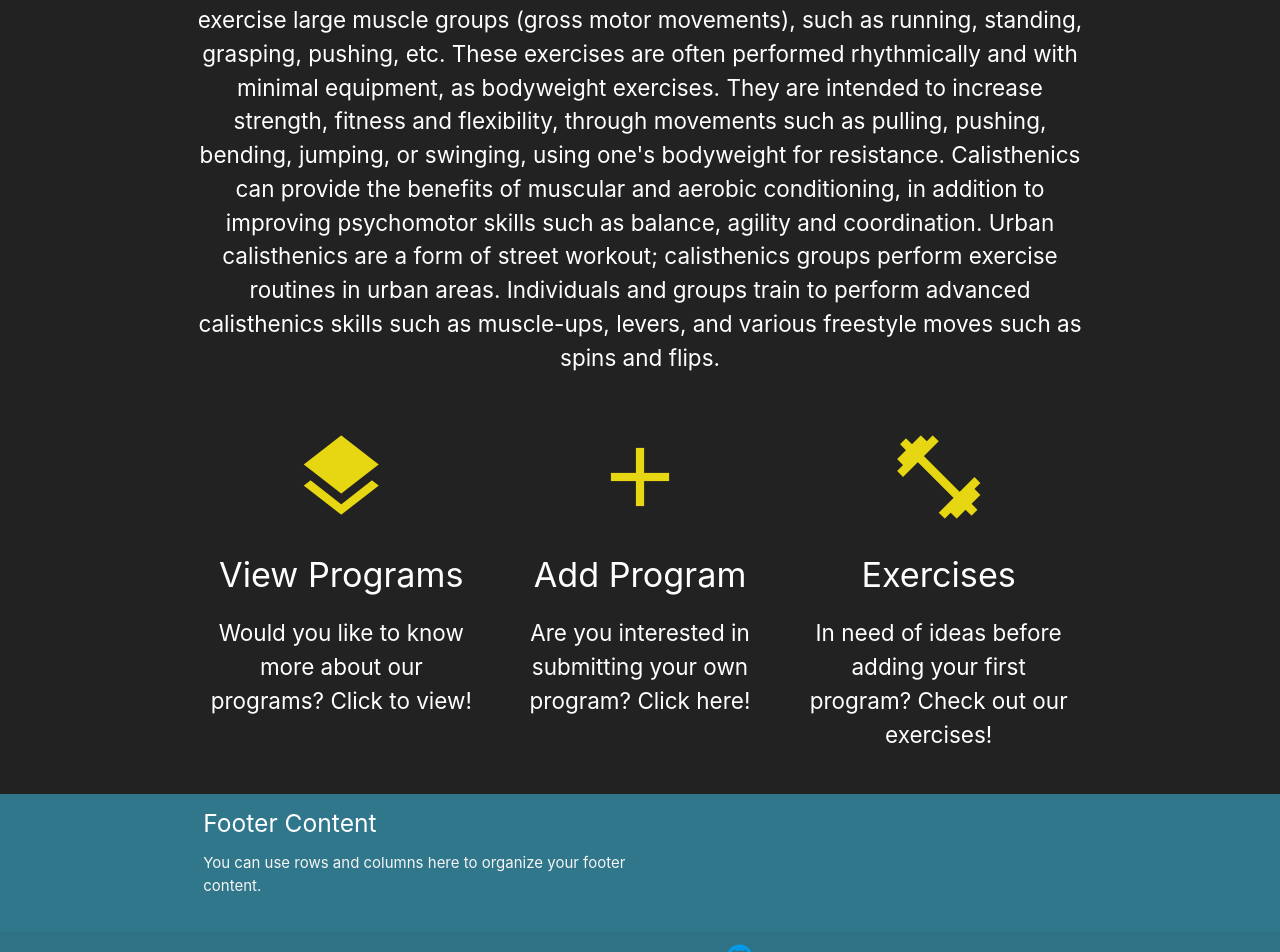
Repository: Ario124/calisthenics-project
Page: http://localhost/
The author's editor kept a record of every edit. The page is drawn from the files as they stood at one moment, then again after the next edit.
The browser window is 1280 px wide. The pictures show the part of the page from y = 951 to 1903 px (the page is 1936 px tall).
The page is served by the project's application, run on Flask 3 (app.py).

Above is the page before.

### templates/index.html
{% extends 'base.html' %}
{% block content %}

     <div class="video-container">
        <iframe src="///www.youtube.com/embed/FHBtLAvNGo4?start=14&end=103&controls=0&showinfo=0&rel=0&autoplay=1&loop=1&playlist=FHBtLAvNGo4&mute=1" frameborder="0" allowfullscreen></iframe>
      </div>


        <div class="container">
            <div class="col s12 center">
                <h1 class="center">What is Calisthenics?</h1>

                <p class="flow-text">
                    Calisthenics is a form of exercise consisting of a variety of movements which exercise large muscle groups (gross motor movements), such as running, standing, grasping, pushing,
                    etc. These exercises are often performed rhythmically and with minimal equipment,
                    as bodyweight exercises.<span class="hide-on-small-only"> They are intended to increase strength, fitness and flexibility, through
                                    movements such as pulling, pushing, bending, jumping, or swinging, using one's bodyweight for resistance. Calisthenics can provide
                                    the benefits of muscular and aerobic conditioning, in addition to improving psychomotor skills such as balance, agility and coordination.

                                    Urban calisthenics are a form of street workout; calisthenics groups perform exercise routines in urban areas.
                                    Individuals and groups train to perform advanced calisthenics skills such as muscle-ups, levers, and various freestyle moves such as spins and flips.</span>

                </p>

                <ul class="hide-on-large-only collapsible">
                    <li>
                        <div class="collapsible-header"><i class="material-icons">info_outline</i>Read More</div>
                        <div class="collapsible-body"><span>They are intended to increase strength, fitness and flexibility, through
                                    movements such as pulling, pushing, bending, jumping, or swinging, using one's bodyweight for resistance. Calisthenics can provide
                                    the benefits of muscular and aerobic conditioning, in addition to improving psychomotor skills such as balance, agility and coordination.

                                    Urban calisthenics are a form of street workout; calisthenics groups perform exercise routines in urban areas.
                                    Individuals and groups train to perform advanced calisthenics skills such as muscle-ups, levers, and various freestyle moves such as spins and flips.</span></div>
                    </li>
                </ul>
            </div>
            <div class="center-align row">

                <div class="col s4">
                    <a href="{{url_for('get_programs')}}"><i class="material-icons icon-size icon-color">layers</i></a>
                    <h4>View Programs</h4>
                    <p class="flow-text">Would you like to know more about our programs? Click to view!</p>
                </div>
                <div class="col s4">
                    <a href="{{url_for('add_program')}}"> <i class="material-icons icon-size icon-color">add</i></a>
                    <h4>Add Program</h4>
                    <p class="flow-text">Are you interested in submitting your own program? Click here!</p>
                </div>
                <div class="col s4">
                    <a href="{{url_for('exercises')}}"> <i class="material-icons icon-size icon-color">fitness_center</i></a>
                    <h4>Exercises</h4>
                    <p class="flow-text">In need of ideas before adding your first program? Check out our exercises!</p>
                </div>

            </div>
        </div>

{% endblock %}

### templates/base.html
<!DOCTYPE html>
<html lang="en">
<head>
    <meta charset="UTF-8">
    <meta name="viewport" content="width=device-width, initial-scale=1">
    <link href="https://fonts.googleapis.com/icon?family=Material+Icons" rel="stylesheet">
    <link rel="stylesheet" href="https://cdnjs.cloudflare.com/ajax/libs/materialize/1.0.0/css/materialize.min.css">
    <link rel="stylesheet" href="{{url_for('static', filename="css/main.css")}}" type="text/css" />
    <link rel="stylesheet" href="https://maxcdn.bootstrapcdn.com/font-awesome/4.7.0/css/font-awesome.min.css" type="text/css" />

    <title>Calisthenics Project</title>
    <link rel="icon" href="https://d1ujqdpfgkvqfi.cloudfront.net/favicon-generator/htdocs/favicons/2019-09-19/50f3ab5b7a10e0ae0911c83435938cd6.ico.png">

</head>
<body>
    <header>

        <div id="navbar-test" class="navbar-fixed">
            <nav>
                <div class="nav-wrapper">
                    <a href="{{url_for('home')}}" class="brand-logo"><i class="material-icons nav-icon-pad">home</i></a>
                    <a href="{{url_for('home')}}" class="brand-logo center-align">Calisthenics</a>
                    <a href="#" data-target="mobile-demo" class="sidenav-trigger"><i class="material-icons">menu</i></a>
                    <ul class="right hide-on-med-and-down">
                        <li><a href="{{url_for('get_programs')}}">View Programs</a></li>
                        <li><a href="{{url_for('add_program')}}">Add Program</a></li>
                        <li><a href="{{url_for('exercises')}}">Exercises</a></li>
                        <li><a href="{{url_for('contact')}}">Contact Us</a></li>
                    </ul>
                </div>
            </nav>

            <ul class="sidenav" id="mobile-demo">
                <li><a class="sidenav-close" href="#!"><i class="material-icons">menu</i>Close</a></li>
                <li><a href="{{url_for('get_programs')}}">View Programs</a></li>
                <li><a href="{{url_for('add_program')}}">Add Program</a></li>
                <li><a href="{{url_for('exercises')}}">Exercises</a></li>
                <li><a href="{{url_for('contact')}}">Contact Us</a></li>
            </ul>
        </div>

    </header>



    {% block content %} {% endblock %}

    <script src="https://cdnjs.cloudflare.com/ajax/libs/jquery/3.4.1/jquery.min.js"></script>
    <script src="https://cdnjs.cloudflare.com/ajax/libs/materialize/1.0.0/js/materialize.min.js"></script>
    <script type="text/javascript">
        M.AutoInit()
    </script>
    <script>
        var prevScrollpos = window.pageYOffset;
window.onscroll = function() {
  var currentScrollPos = window.pageYOffset;
  if (prevScrollpos > currentScrollPos) {
    document.getElementById("navbar-test").style.top = "0";
  } else {
    document.getElementById("navbar-test").style.top = "-70px";
  }
  prevScrollpos = currentScrollPos;
}
    </script>

</body>
        <footer class="page-footer">
          <div class="container">
            <div class="row">
              <div class="col l6 s12">
                <h5 class="white-text">Footer Content</h5>
                <p class="grey-text text-lighten-4">You can use rows and columns here to organize your footer content.</p>
              </div>
            </div>
          </div>
          <div class="footer-copyright">
            <div class="container center-align">
            CREATED BY PATRIK SOLIS
            <a target="_blank" href="https://github.com/Ario124"><i class="fa fa-github fa-2x"></i></a>
            </div>
          </div>
        </footer>

</html>

### app.py
import os
from flask import Flask, render_template, redirect, request, url_for
from flask_pymongo import PyMongo
from bson.objectid import ObjectId

app = Flask(__name__)


app.config["MONGO_DBNAME"] = 'calisthenics-project'
app.config["MONGO_URI"] = 'mongodb+srv://root:pasol005@myfirstcluster-qno2b.mongodb.net/calisthenics?retryWrites=true&w=majority'


mongo = PyMongo(app)

@app.route('/')
@app.route('/home')
def home():
    return render_template('index.html')

@app.route('/add_program')
def add_program():
    return render_template('add_program.html', categories =mongo.db.categories.find(), difficulty =mongo.db.difficulty.find())


@app.route('/categories')
def categories():
    return render_template('categories.html')

@app.route('/contact')
def contact():
    return render_template('contact.html')

@app.route('/get_programs')
def get_programs():
    return render_template('programs.html',
        training_programs=mongo.db.training_programs.find(), description =mongo.db.description.find())


@app.route('/insert_program', methods=['POST'])
def insert_program():
    training_programs = mongo.db.training_programs
    training_programs.insert_one(request.form.to_dict())
    return redirect(url_for('get_programs'))

@app.route('/edit_program/<program_id>')
def edit_program(program_id):
    _program = mongo.db.training_programs.find_one({"_id": ObjectId(program_id)})
    _categories = mongo.db.categories.find()
    _difficulty = mongo.db.difficulty.find()
    category_list = [category for category in _categories]
    difficulty_list = [difficult for difficult in _difficulty]
    return render_template('edit_program.html', program = _program, categories = category_list, difficulties = difficulty_list)


@app.route('/update_program/<program_id>', methods=['POST'])
def update_program(program_id):
    training_programs = mongo.db.training_programs
    training_programs.update({'_id': ObjectId(program_id)},
    {
        'category_name':request.form.get('category_name'),
        'difficulty_level':request.form.get('difficulty_level'),
        'program_name':request.form.get('program_name'),
        'exercise':request.form.get('exercise'),
        'exercise2':request.form.get('exercise2'),
        'exercise3':request.form.get('exercise3'),
        'sets_amount':request.form.get('sets_amount'),
        'sets_amount2':request.form.get('sets_amount2'),
        'sets_amount3':request.form.get('sets_amount3'),
        'reps_amount':request.form.get('reps_amount'),
        'reps_amount2':request.form.get('reps_amount2'),
         'reps_amount3':request.form.get('reps_amount3'),
        'equipment_required':request.form.get('equipment_required'),
        'description':request.form.get('description')
    })
    return redirect(url_for('get_programs'))

@app.route('/add_exercise')
def add_exercise():
    return render_template('add_exercise.html')


@app.route('/delete_program/<program_id>')
def delete_program(program_id):
    mongo.db.training_programs.remove({'_id': ObjectId(program_id)})
    return redirect(url_for('get_programs'))


@app.route('/exercises')
def exercises():
    return render_template('exercises.html')

if __name__ == '__main__':
    app.run(host=os.environ.get('IP'),
            port=int(os.environ.get('PORT')),
            debug=True)

### static/css/main.css
nav {
    background-color: black;

}

.brand-logo {
    font-size: 40px;
}

.video-container iframe, .video-container object, .video-container embed {
    position: absolute;
    top: 0;
    left: 0;
    width: 100%;
    height: 100%;

}


.circle {
    width: 36%;
}

.video-container {
    bottom: 65px;
    z-index: -4;
}

.collapsible-header {
background-color: transparent;
}

.icon-size {
    font-size: 100px;
    margin-top:30px;
}

.contoo {
    background-color: #212525e8;
    color: orange;
}

.program-header {
    margin-top: 5px;
}

.colored-title {
    color: #e85a13;
}

.icon-color {
    color: #e6d712;
}

.icon-color2 {
    color: #24eabe;
}

.btn-colored {
    background-color: #71c4d8e0;
}

.btn-colored:hover {
    background-color: #3196af;
}

.img-test {
    background-image: url("/static/images/Pushups.jpg");
}

.icon-exercises {
    font-size: 100px;
    margin-top:30px;
    color: #f91d1d;
}

.expert_title {
    margin-bottom: 30px;
    margin-top: 30px;
}
body {
    background-color: #222;
    color: white;
}

nav .brand-logo i, .hoomee {
    font-size: 40px;
}

.select-dropdown {
    color: white;
}

.select-dropdown li.disabled>span {
    color: white;
}

.select-dropdown:focus {
    color:white;
}

input {
    color:white;


}

.container {
    color:white;
}

textarea.materialize-textarea {
    color:white;
}

.dropdown-content {
    background-color: #313131;
}

.dropdown-content li>span {
    color:white;
}

.select-wrapper .caret {
    fill:white
}

.sidenav-overlay {
    opacity: 0 !important;
    position: relative;
}

        .nav-icon-pad {
 padding-left:220px;

}


            .flow-text {
        font-size: 1rem;
    }

.pad-this {
    padding-top: 24px;
}

.page-footer {
    background-color: #317a90f7;
    padding-top: 0px;
}


/* MEDIA QUERIES */



@media all and (min-width: 480px) and (max-width: 767px) {
    nav {
        background-color: #d0501ef7;
    }
            .flow-text {
        font-size: 2.1rem;
    }
}

@media all and (min-width: 768px) and (max-width: 1024px) {

    nav {
        background-color: #d01e1ef7;
    }

        .flow-text {
        font-size: 2.1rem;
    }

}


@media all and (min-width: 1025px) {

        nav .brand-logo {
            left: 43%;
        }

        nav {
            background-color:white;
        }

        .nav-icon-pad {
 padding-left:190px;
}

            .flow-text {
        font-size: 1.5rem;
    }


.pad-this {
    padding-top: 0;
}


}

After the next edit:
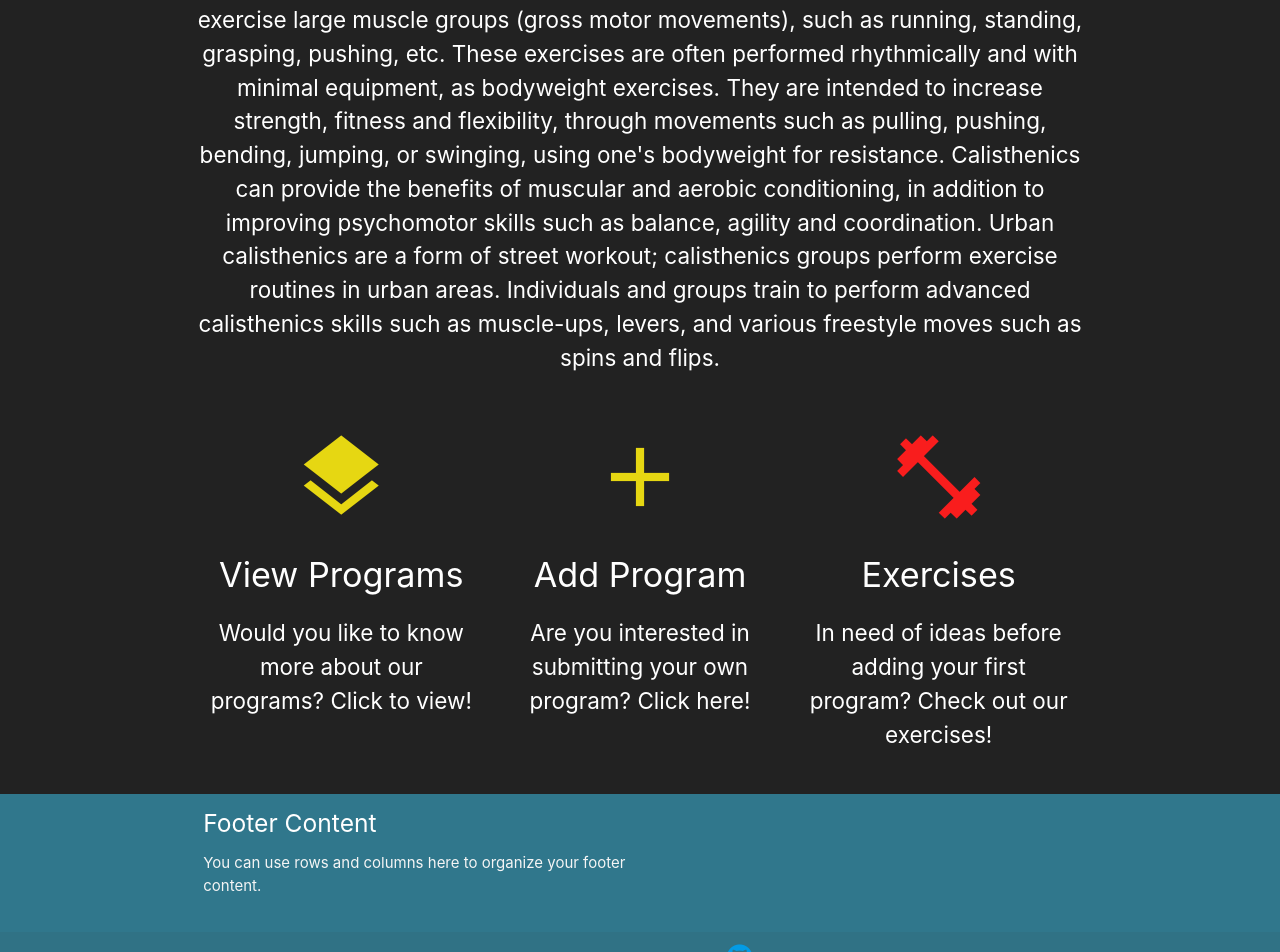
The edit:
--- a/templates/index.html
+++ b/templates/index.html
@@ -47,7 +47,7 @@
                     <p class="flow-text">Are you interested in submitting your own program? Click here!</p>
                 </div>
                 <div class="col s4">
-                    <a href="{{url_for('exercises')}}"> <i class="material-icons icon-size icon-color">fitness_center</i></a>
+                    <a href="{{url_for('exercises')}}"> <i class="material-icons icon-size icon-exercises">fitness_center</i></a>
                     <h4>Exercises</h4>
                     <p class="flow-text">In need of ideas before adding your first program? Check out our exercises!</p>
                 </div>
